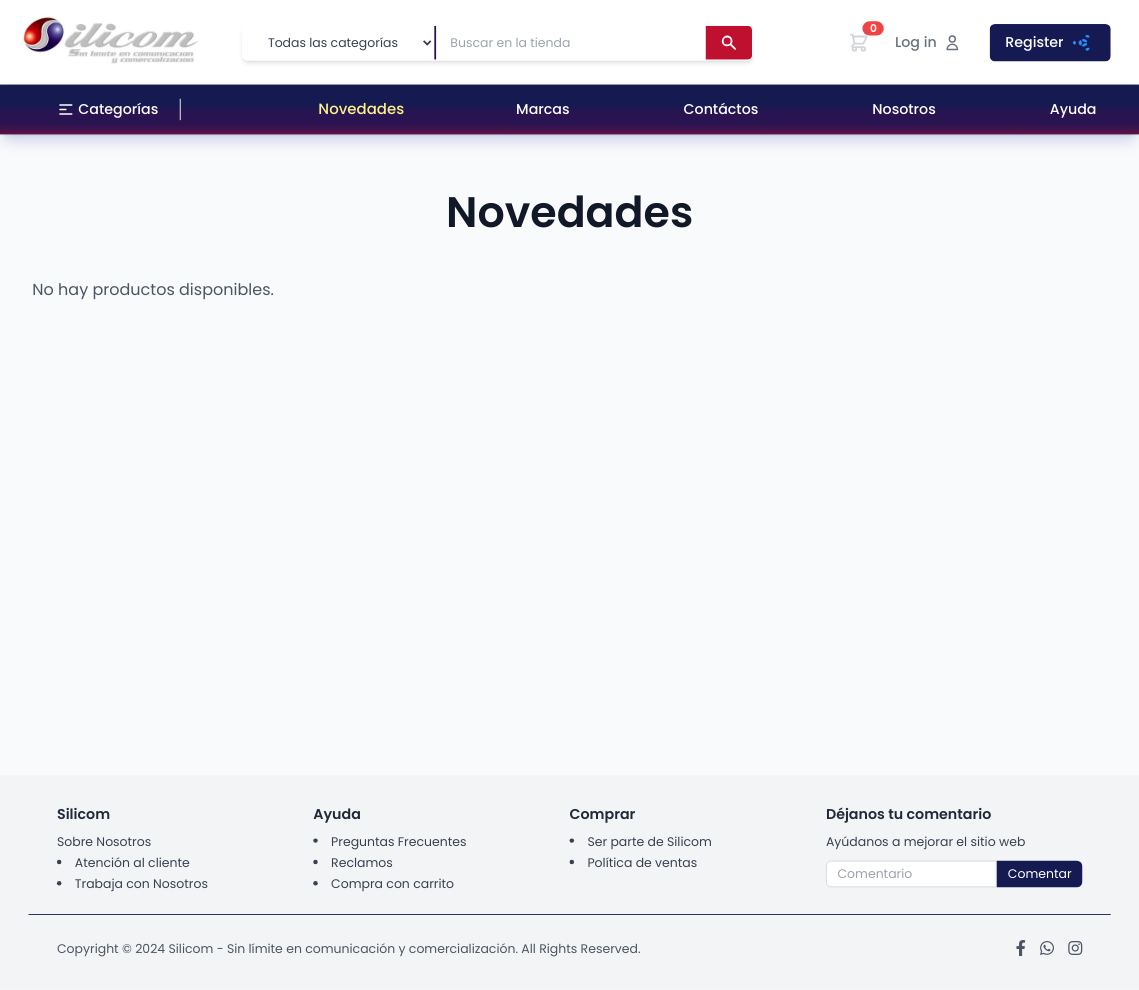
Repository: Francovg18/ecommerce
Page: /news
An editor plug-in stored every save of this project. The page is shown before and after the next save, followed by the edit.
The browser window is 1280 px wide. The pictures show the whole page, at 89% of full size.
The page's requests for data from a server got no answer. The project was rebuilt for these pictures with package versions that can differ from the ones it lists, and the page was loaded fresh each time. No one was signed in, and anything a server would have sent is missing. Also part of the build but not shown: src/components/home/Banner.js, src/components/home/ProductsArrival.js, src/components/home/ProductsSold.js, src/redux/actions/brands.js, src/components/home/Brand.js, src/components/home/Product.js, src/containers/Home.jsx, src/containers/errors/Error404.jsx and 39 more.

Above is the page before, as saved 2025-01-29 20:34:16.

### public/index.html
<!DOCTYPE html>
<html lang="en">
  <head>
    <meta charset="utf-8" />
    <link rel="icon" href="%PUBLIC_URL%/favicon.ico" />
    <meta name="viewport" content="width=device-width, initial-scale=1" />
    <meta name="theme-color" content="#000000" />
    <meta name="description" content="Web site created using create-react-app" />
    <link rel="apple-touch-icon" href="%PUBLIC_URL%/logo192.png" />
    <link href="https://fonts.googleapis.com/css2?family=Poppins:wght@400;500;600&display=swap" rel="stylesheet">
    <link
  rel="stylesheet"
  href="https://cdnjs.cloudflare.com/ajax/libs/font-awesome/6.0.0-beta3/css/all.min.css"
/>

    <!--
      manifest.json provides metadata used when your web app is installed on a
      user's mobile device or desktop. See https://developers.google.com/web/fundamentals/web-app-manifest/
    -->
    <link rel="manifest" href="%PUBLIC_URL%/manifest.json" />
    <!--
      Notice the use of %PUBLIC_URL% in the tags above.
      It will be replaced with the URL of the `public` folder during the build.
      Only files inside the `public` folder can be referenced from the HTML.

      Unlike "/favicon.ico" or "favicon.ico", "%PUBLIC_URL%/favicon.ico" will
      work correctly both with client-side routing and a non-root public URL.
      Learn how to configure a non-root public URL by running `npm run build`.
    -->
    <title>React App</title>
  </head>
  <body>
    <noscript>You need to enable JavaScript to run this app.</noscript>
    <div id="root"></div>
    <!--
      This HTML file is a template.
      If you open it directly in the browser, you will see an empty page.

      You can add webfonts, meta tags, or analytics to this file.
      The build step will place the bundled scripts into the <body> tag.

      To begin the development, run `npm start` or `yarn start`.
      To create a production bundle, use `npm run build` or `yarn build`.
    -->
  </body>
</html>

### src/index.js
import React from 'react';
import ReactDOM from 'react-dom/client';
import './style/index.css';
import App from './App';

const root = ReactDOM.createRoot(document.getElementById('root'));
root.render(
  <React.StrictMode>
    <App />
  </React.StrictMode>
);

### src/store.js
import { createStore, applyMiddleware } from 'redux';
import { composeWithDevTools } from '@redux-devtools/extension';
import { thunk } from 'redux-thunk';
import rootReducer from './redux/reducers';

const initialState = {};
const middleware = [thunk];
const store = createStore(
    rootReducer,
    initialState,
    composeWithDevTools(applyMiddleware(...middleware))
);

export default store;

### src/containers/News.jsx
import Layout from "../hocs/Layout";
import { connect } from "react-redux";
import {
    get_products_by_arrival
} from '../redux/actions/products';
import { useEffect } from "react";
import NewsProducts from "./pages/NewsProducts";
const Home = ({ get_products_by_arrival, products_arrival
}) => {

    useEffect(() => {
        window.scrollTo(0, 0);
        get_products_by_arrival();
    }, []);

    return (
        <Layout>
            <div className="text-blue-500">
                <NewsProducts data={products_arrival} />
            </div>
        </Layout>
    );
};

const mapStateToProps = state => ({
    products_arrival: state.Products.products_arrival
});

export default connect(mapStateToProps, {
    get_products_by_arrival
})(Home);

### src/redux/reducers/index.js
import { combineReducers } from 'redux';
import Auth from './auth';
import Alert from './alert';
import Categories from './categories';
import Products from './products';
import Cart from './cart';
import Shipping from './shipping'
import Payment from './payment';
import Orders from './orders';
import Coupons from './coupons';
import Profile from './profile';
import Wishlist from './wishlist';
import Reviews from './reviews';
import Brands from './brands';
export default combineReducers({
    Auth,
    Alert,
    Categories,
    Products,
    Cart,
    Shipping,
    Payment,
    Orders,
    Coupons,
    Profile,
    Wishlist,
    Reviews,
    Brands
})

### src/redux/actions/categories.js
import axios from 'axios';
import {
    GET_CATEGORIES_SUCCESS,
    GET_CATEGORIES_FAIL,
} from './types';

export const get_categories = () => async dispatch => {
    const config = {
        headers: {
            'Accept': 'application/json'
        }
    };

    try {
        const res = await axios.get(`${process.env.REACT_APP_API_URL}/api/category/categories`, config);

        if (res.status >= 200 && res.status < 300) {
            dispatch({
                type: GET_CATEGORIES_SUCCESS,
                payload: res.data
            });
        } else {
            console.error('Error: Unexpected response status', res.status);
            dispatch({
                type: GET_CATEGORIES_FAIL
            });
        }
    } catch (err) {
        console.error('Error fetching categories:', err.message);
        dispatch({
            type: GET_CATEGORIES_FAIL
        });
    }
};

### src/components/navigation/Footer.js
import { Link } from "react-router-dom";

const Footer = () => {
    return (
      <footer className="bg-gray-100 py-8 px-4">
        <div className="max-w-6xl mx-auto flex flex-wrap justify-between text-gray-700">
          {/* Columns */}
          <div className="w-full sm:w-1/4 mb-4 sm:mb-0">
            <h3 className="font-semibold text-gray-800">
              Silicom
            </h3>
            <div className="mt-2 space-y-1 text-sm">
              <Link to='/about'>Sobre Nosotros</Link>
              <li>Atención al cliente</li>
              <li>Trabaja con Nosotros</li>
            </div>
          </div>
          <div className="w-full sm:w-1/4 mb-4 sm:mb-0">
            <h3 className="font-semibold text-gray-800 ">
              Ayuda
            </h3>
            <div className="mt-2 space-y-1 text-sm">
              <li>Preguntas Frecuentes</li>
              <li>Reclamos</li>
              <li>Compra con carrito</li>
            </div>
          </div>
          <div className="w-full sm:w-1/4 mb-4 sm:mb-0">
            <h3 className="font-semibold text-gray-800">
              Comprar
            </h3>
            <div className="mt-2 space-y-1 text-sm">
              <li>Ser parte de Silicom</li>
              <li>Política de ventas</li>
            </div>
          </div>
          <div className="w-full sm:w-1/4">
            <h3 className="font-semibold text-gray-800">
              Déjanos tu comentario
            </h3>
            <p className="text-sm mt-2 mb-3">Ayúdanos a mejorar el sitio web</p>
            <form className="flex">
              <input
                type="text"
                placeholder="Comentario"
                className="w-full px-3 py-1 text-sm border border-gray-300 rounded-l-md focus:outline-none"
              />
              <button
                type="submit"
                className="bg-midnight-blue text-white px-3 py-1 rounded-r-md text-sm hover:bg-purple-night transition duration-300"
              >
                Comentar
              </button>
            </form>
          </div>
        </div>

        {/* Divider */}
        <hr className="my-6 border-1 border-midnight-blue mx-4" />


        {/* Footer bottom */}
        <div className="max-w-6xl mx-auto flex flex-col sm:flex-row justify-between items-center text-gray-600 text-sm">
          <p>Copyright © 2024 Silicom - Sin límite en comunicación y comercialización. All Rights Reserved.</p>
          <div className="flex space-x-4 mt-4 sm:mt-0">
            <Link to='' className="text-gray-600 hover:text-midnight-blue text-lg">
              <i className="fab fa-facebook-f"></i>
            </Link>
            <Link to='' className="text-gray-600 hover:text-midnight-blue text-lg">
              <i className="fab fa-whatsapp"></i>
            </Link>
            <Link to='' className="text-gray-600 hover:text-purple-500 text-lg">
              <i className="fab fa-instagram"></i>
            </Link>
          </div>
        </div>
      </footer>
    );
  };

  export default Footer;

### src/redux/actions/alert.js
import{
    SET_ALERT,
    REMOVE_ALERT,
} from './types';

export const setAlert = (msg, alertType, timeout = 5000) => dispatch =>{
    dispatch({
        type: SET_ALERT,
        payload: {msg, alertType}
    });
    setTimeout(() => dispatch({ type: REMOVE_ALERT }), timeout);
}

### src/containers/pages/NewsProducts.jsx
import React from "react";
import { Link } from "react-router-dom";
import { connect } from "react-redux";

const NewsProducts = ({ data, isAuthenticated }) => {
  const products = Array.isArray(data) ? data : [];

  return (
    <div className="bg-gray-50 min-h-screen py-16">
      <div className="max-w-7xl mx-auto px-4 sm:px-6 lg:px-8">
        <div className="text-center max-w-2xl mx-auto mb-12">
          <h1 className="text-5xl font-extrabold text-gray-900">Novedades</h1>
        </div>

        <div className="grid grid-cols-2 sm:grid-cols-2 md:grid-cols-3 lg:grid-cols-4 gap-8">
          {products.length > 0 ? (
            products.map((product) => (
                <div
                key={product.id}
                className="relative group bg-white rounded-lg shadow-xl overflow-hidden transform transition-transform duration-300 hover:scale-105"
              >
                <div className="px-4 py-2 mt-2">
                  <h2 className="text-lg font-bold text-gray-800 text-center">
                    {product.name}
                  </h2>
                </div>
                <div className="relative w-full h-52 p-4 flex items-center justify-center">
                  <img
                    src={product.get_thumbnail}
                    alt={product.name}
                    className="w-full h-full object-contain"
                  />
                </div>

                <div className="absolute inset-0 flex flex-col items-center justify-center opacity-0 group-hover:opacity-100 transition-opacity duration-300 bg-gray-100 p-4">
                  <h2 className="text-xl font-semibold text-gray-800">
                    {product.name}
                  </h2>
                  <p className="text-sm text-gray-600 mt-2 text-center">
                    {product.description?.length > 100
                      ? `${product.description.slice(0, 100)}...`
                      : product.description}
                  </p>
                  <p
                    className={`text-sm ${
                      isAuthenticated
                        ? "font-medium text-gray-900"
                        : "text-red-500 font-semibold"
                    }`}
                  >
                    {isAuthenticated ? `Bs${product.price}` : "No permitido"}
                  </p>
                  <Link
                    to={`/product/${product.id}`}
                    className="mt-4 px-4 py-2 bg-midnight-blue text-white rounded-md shadow-md hover:bg-purple-night transition"
                  >
                    Ver
                  </Link>
                </div>
              </div>

            ))
          ) : (
            <p className="text-gray-600 text-center text-lg">
              No hay productos disponibles.
            </p>
          )}
        </div>
      </div>
    </div>
  );
};

const mapStateToProps = (state) => ({
  isAuthenticated: state.Auth.isAuthenticated,
});

export default connect(mapStateToProps)(NewsProducts);

### src/redux/reducers/alert.js
import {
    SET_ALERT,
    REMOVE_ALERT,
} from '../actions/types';

const initialState = {
    alert: null
};

export default function Alert(state = initialState, action) {
    const { type, payload } = action;

    switch(type) {
        case SET_ALERT:
            return {
                ...state,
                alert: payload
            };
        case REMOVE_ALERT:
            return {
                ...state,
                alert: null
            }
        default:
            return state
    };
}

### src/redux/reducers/categories.js
import {
    GET_CATEGORIES_SUCCESS,
    GET_CATEGORIES_FAIL
} from '../actions/types';

const initialState = {
    categories: null
};

export default function Categories(state = initialState, action) {
    const { type, payload } = action;

    switch(type) {
        case GET_CATEGORIES_SUCCESS:
            return {
                ...state,
                categories: payload.categories
            }
        case GET_CATEGORIES_FAIL:
            return {
                ...state,
                categories: null
            }
        default:
            return state
    }
}

### src/redux/reducers/shipping.js
import {
    GET_SHIPPING_OPTIONS_SUCCESS,
    GET_SHIPPING_OPTIONS_FAIL
} from '../actions/types';

const initialState = {
    shipping: null,
};

export default function Shipping(state = initialState, action) {
    const { type, payload } = action;

    switch(type) {
        case GET_SHIPPING_OPTIONS_SUCCESS:
            return {
                ...state,
                shipping: payload.shipping_options
            }
        case GET_SHIPPING_OPTIONS_FAIL:
            return {
                ...state,
                shipping: null
            }
        default:
            return state;
    }
};

### src/redux/reducers/orders.js
import {
    GET_ORDERS_SUCCESS,
    GET_ORDERS_FAIL,
    GET_ORDER_DETAIL_SUCCESS,
    GET_ORDER_DETAIL_FAIL
} from '../actions/types';

const initialState = {
    orders: null,
    order: null
};


export default function Orders(state = initialState, action) {
    const { type, payload } = action;

    switch(type) {
        case GET_ORDERS_SUCCESS:
            return {
                ...state,
                orders: payload.orders
            }
        case GET_ORDERS_FAIL:
            return {
                ...state,
                orders: []
            }
        case GET_ORDER_DETAIL_SUCCESS:
            return {
                ...state,
                order: payload.order
            }
        case GET_ORDER_DETAIL_FAIL:
            return {
                ...state,
                order: {}
            }
        default:
            return state;
    }
}

### src/redux/reducers/coupons.js
import {
    GET_COUPON_SUCCESS,
    GET_COUPON_FAIL,
} from '../actions/types';

const initialState = {
    coupon: null
};


export default function Coupons(state = initialState, action) {
    const { type, payload } = action;

    switch(type) {
        case GET_COUPON_SUCCESS:
            return {
                ...state,
                coupon: payload.coupon
            }
        case GET_COUPON_FAIL:
            return {
                ...state,
                coupon: null
            }
        default:
            return state;
    }
}

### src/redux/reducers/profile.js
import {
    GET_USER_PROFILE_SUCCESS,
    GET_USER_PROFILE_FAIL,
    UPDATE_USER_PROFILE_SUCCESS,
    UPDATE_USER_PROFILE_FAIL
} from '../actions/types';

const initialState = {
    profile: null
};

export default function Profile(state = initialState, action) {
    const { type, payload } = action;

    switch(type) {
        case GET_USER_PROFILE_SUCCESS:
            return {
                ...state,
                profile: payload.profile
            }
        case GET_USER_PROFILE_FAIL:
            return {
                ...state
            }
        case UPDATE_USER_PROFILE_SUCCESS:
            return {
                ...state,
                profile: payload.profile
            }
        case UPDATE_USER_PROFILE_FAIL:
            return {
                ...state
            }
        default:
            return state
    }
}

### src/redux/reducers/brands.js
import {
    GET_BRANDS_SUCCESS,
    GET_BRANDS_FAIL
} from '../actions/types';

const initialState = {
    brands: null
};

export default function Brands(state = initialState, action) {
    const { type, payload } = action;

    switch (type) {
        case GET_BRANDS_SUCCESS:
            return {
                ...state,
                brands: payload.brands // Ajusta si `payload` tiene otra estructura
            };
        case GET_BRANDS_FAIL:
            return {
                ...state,
                brands: null
            };
        default:
            return state;
    }
}

Loaded but not shown: src/style/index.css (common file); src/components/navigation/Navbar.js (476 lines, source omitted); src/redux/actions/cart.js (399 lines, source omitted); src/redux/actions/auth.js (387 lines, source omitted); src/redux/actions/types.js (136 lines, source omitted); src/redux/actions/products.js (256 lines, source omitted); src/redux/reducers/cart.js (158 lines, source omitted); src/redux/reducers/products.js (118 lines, source omitted); src/App.js (79 lines, source omitted); src/redux/reducers/auth.js (113 lines, source omitted); src/redux/actions/profile.js (91 lines, source omitted); src/redux/reducers/payment.js (89 lines, source omitted); src/redux/reducers/reviews.js (90 lines, source omitted); src/redux/reducers/wishlist.js (68 lines, source omitted); src/components/navigation/SearchBox.js (48 lines, source omitted); tailwind.config.js (52 lines, source omitted); src/hocs/Layout.js (50 lines, source omitted); src/components/alert.js (40 lines, source omitted)

After the next save:
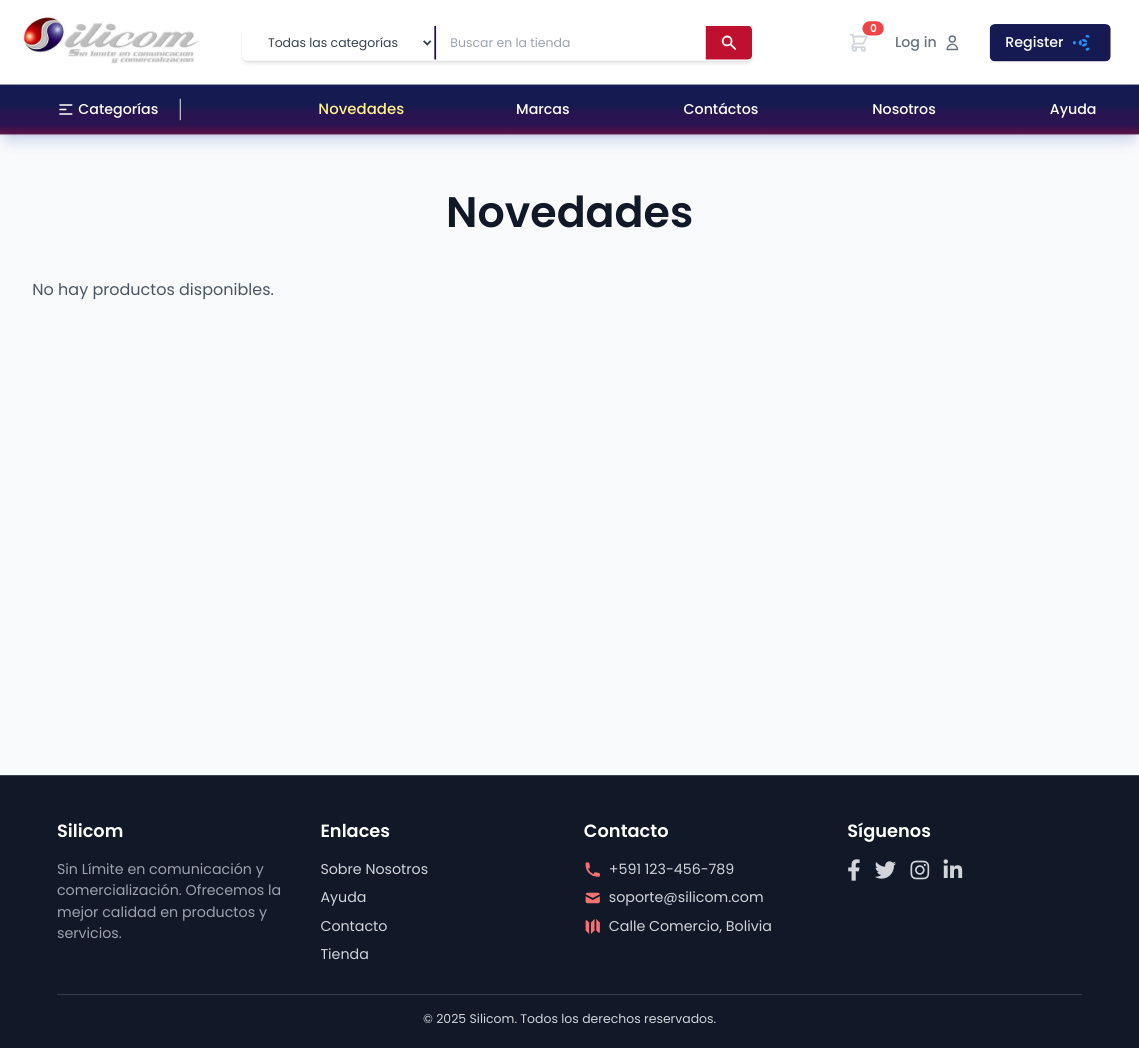
Saved 6 min 57 s later.
--- a/src/components/navigation/Footer.js
+++ b/src/components/navigation/Footer.js
@@ -1,81 +1,61 @@
-import { Link } from "react-router-dom";
+import React from "react";
+import { MapIcon, PhoneIcon, MailIcon, GlobeAltIcon, ShoppingBagIcon, UserGroupIcon } from "@heroicons/react/solid";
 
-const Footer = () => {
-    return (
-      <footer className="bg-gray-100 py-8 px-4">
-        <div className="max-w-6xl mx-auto flex flex-wrap justify-between text-gray-700">
-          {/* Columns */}
-          <div className="w-full sm:w-1/4 mb-4 sm:mb-0">
-            <h3 className="font-semibold text-gray-800">
-              Silicom
-            </h3>
-            <div className="mt-2 space-y-1 text-sm">
-              <Link to='/about'>Sobre Nosotros</Link>
-              <li>Atención al cliente</li>
-              <li>Trabaja con Nosotros</li>
+function Footer() {
+  return (
+    <footer className="bg-gray-900 text-gray-300 pt-12 pb-6">
+      <div className="max-w-7xl mx-auto px-6 lg:px-16">
+        {/* Secciones del Footer */}
+        <div className="grid grid-cols-1 sm:grid-cols-2 md:grid-cols-4 gap-8">
+
+          {/* Información de la Empresa */}
+          <div>
+            <h3 className="text-xl font-bold text-white mb-4">Silicom</h3>
+            <p className="text-gray-400">
+              Sin Límite en comunicación y comercialización. Ofrecemos la mejor calidad en productos y servicios.
+            </p>
+          </div>
+
+          {/* Links Rápidos */}
+          <div>
+            <h3 className="text-xl font-bold text-white mb-4">Enlaces</h3>
+            <ul className="space-y-2">
+              <li><a href="/about" className="hover:text-red-400 transition">Sobre Nosotros</a></li>
+              <li><a href="/help" className="hover:text-red-400 transition">Ayuda</a></li>
+              <li><a href="/contact" className="hover:text-red-400 transition">Contacto</a></li>
+              <li><a href="/shop" className="hover:text-red-400 transition">Tienda</a></li>
+            </ul>
+          </div>
+
+          {/* Contacto */}
+          <div>
+            <h3 className="text-xl font-bold text-white mb-4">Contacto</h3>
+            <ul className="space-y-2">
+              <li className="flex items-center"><PhoneIcon className="w-5 h-5 text-red-400 mr-2" /> +591 123-456-789</li>
+              <li className="flex items-center"><MailIcon className="w-5 h-5 text-red-400 mr-2" /> soporte@silicom.com</li>
+              <li className="flex items-center"><MapIcon className="w-5 h-5 text-red-400 mr-2" /> Calle Comercio, Bolivia</li>
+            </ul>
+          </div>
+
+          {/* Redes Sociales */}
+          <div>
+            <h3 className="text-xl font-bold text-white mb-4">Síguenos</h3>
+            <div className="flex space-x-4">
+              <a href="#" className="hover:text-red-400 transition"><i className="fab fa-facebook-f text-2xl"></i></a>
+              <a href="#" className="hover:text-red-400 transition"><i className="fab fa-twitter text-2xl"></i></a>
+              <a href="#" className="hover:text-red-400 transition"><i className="fab fa-instagram text-2xl"></i></a>
+              <a href="#" className="hover:text-red-400 transition"><i className="fab fa-linkedin-in text-2xl"></i></a>
             </div>
-          </div>
-          <div className="w-full sm:w-1/4 mb-4 sm:mb-0">
-            <h3 className="font-semibold text-gray-800 ">
-              Ayuda
-            </h3>
-            <div className="mt-2 space-y-1 text-sm">
-              <li>Preguntas Frecuentes</li>
-              <li>Reclamos</li>
-              <li>Compra con carrito</li>
-            </div>
-          </div>
-          <div className="w-full sm:w-1/4 mb-4 sm:mb-0">
-            <h3 className="font-semibold text-gray-800">
-              Comprar
-            </h3>
-            <div className="mt-2 space-y-1 text-sm">
-              <li>Ser parte de Silicom</li>
-              <li>Política de ventas</li>
-            </div>
-          </div>
-          <div className="w-full sm:w-1/4">
-            <h3 className="font-semibold text-gray-800">
-              Déjanos tu comentario
-            </h3>
-            <p className="text-sm mt-2 mb-3">Ayúdanos a mejorar el sitio web</p>
-            <form className="flex">
-              <input
-                type="text"
-                placeholder="Comentario"
-                className="w-full px-3 py-1 text-sm border border-gray-300 rounded-l-md focus:outline-none"
-              />
-              <button
-                type="submit"
-                className="bg-midnight-blue text-white px-3 py-1 rounded-r-md text-sm hover:bg-purple-night transition duration-300"
-              >
-                Comentar
-              </button>
-            </form>
           </div>
         </div>
 
-        {/* Divider */}
-        <hr className="my-6 border-1 border-midnight-blue mx-4" />
+        {/* Línea Divisoria */}
+        <div className="border-t border-gray-700 mt-8 pt-4 text-center text-sm">
+          <p>&copy; {new Date().getFullYear()} Silicom. Todos los derechos reservados.</p>
+        </div>
+      </div>
+    </footer>
+  );
+}
 
-
-        {/* Footer bottom */}
-        <div className="max-w-6xl mx-auto flex flex-col sm:flex-row justify-between items-center text-gray-600 text-sm">
-          <p>Copyright © 2024 Silicom - Sin límite en comunicación y comercialización. All Rights Reserved.</p>
-          <div className="flex space-x-4 mt-4 sm:mt-0">
-            <Link to='' className="text-gray-600 hover:text-midnight-blue text-lg">
-              <i className="fab fa-facebook-f"></i>
-            </Link>
-            <Link to='' className="text-gray-600 hover:text-midnight-blue text-lg">
-              <i className="fab fa-whatsapp"></i>
-            </Link>
-            <Link to='' className="text-gray-600 hover:text-purple-500 text-lg">
-              <i className="fab fa-instagram"></i>
-            </Link>
-          </div>
-        </div>
-      </footer>
-    );
-  };
-
-  export default Footer;
+export default Footer;
